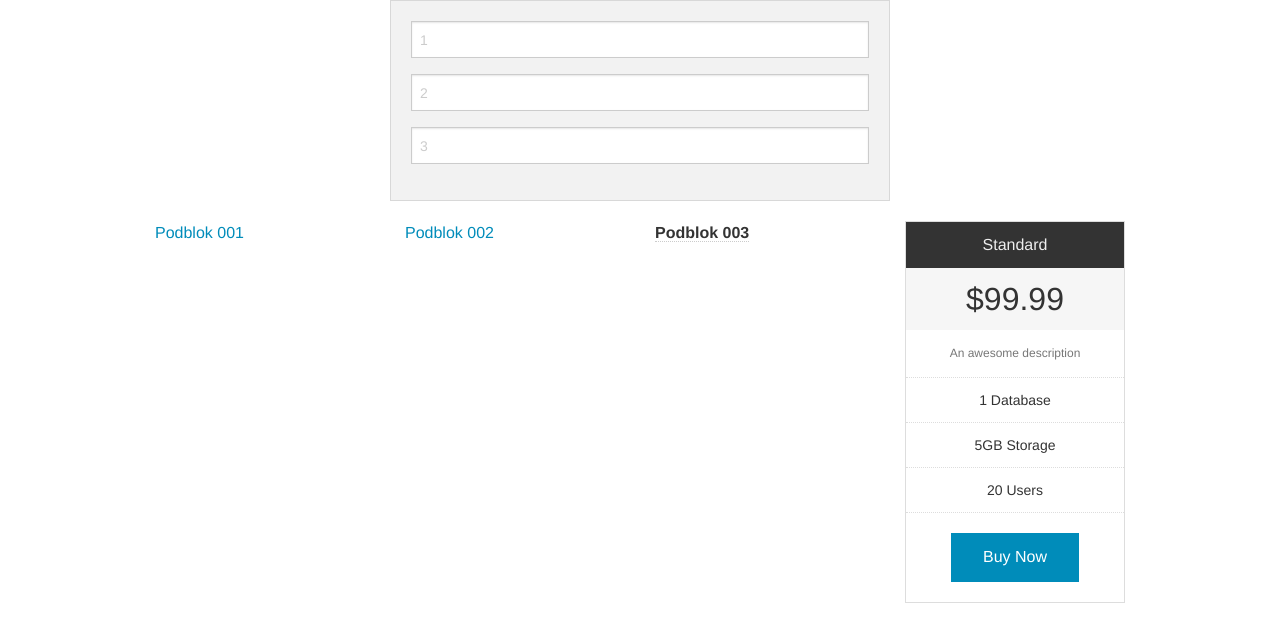
Repository: binczyk/RepoComarch
Page: strona/WebContent/foundation-5.5.2/exercise2.html
The author's editor kept a copy of each file at every save. The page is drawn from the files as they stood at one save, then again after the next save.
The browser window is 1280 px wide. The pictures show the whole page.

Above is the page before, as saved 2015-07-14 07:59:47.

### strona/WebContent/foundation-5.5.2/exercise2.html
<!DOCTYPE html>
<html>
<head>
<meta charset="utf-8">
<meta http-equiv="X-UA-Compatible" content="IE=edge">
<link rel="stylesheet" href="css/foundation.css" />
<script src="js/vendor/modernizr.js"></script>
<title>Exercise 2 - Comarch</title>
</head>
<body>
	<div class="row">
		<div class="small-12 columns">
			<div class="row">
				<div class="small-6 columns small-centered panel">
					<form action="" method="post">
						<input type="text" placeholder="1"> <input type="text"
							placeholder="2"> <input type="text" placeholder="3">
					</form>
				</div>
			</div>
		</div>
		<div class="small-6 columns">
			<div class="row">
				<div class="small-6 columns" data-reveal-id="myModal">
					<a href="#">Podblok 001</a>
				</div>
				<div class="small-6 columns">
					<a href="#">Podblok 002</a>
				</div>
			</div>
		</div>
		<div class="small-6 columns">
			<div class="row">
				<div class="small-6 columns">
					<a href="#"><span data-tooltip aria-haspopup="true"
						class="has-tip"
						title="Tooltips are awesome, you should totally use them!">Podblok
							003</span></a>
				</div>
				<div class="small-6 columns">
					<ul class="pricing-table">
						<li class="title">Standard</li>
						<li class="price">$99.99</li>
						<li class="description">An awesome description</li>
						<li class="bullet-item">1 Database</li>
						<li class="bullet-item">5GB Storage</li>
						<li class="bullet-item">20 Users</li>
						<li class="cta-button"><a class="button" href="#">Buy Now</a></li>
					</ul>
				</div>
			</div>
		</div>
	</div>

	<div id="myModal" class="reveal-modal" data-reveal
		aria-labelledby="modalTitle" aria-hidden="true" role="dialog">
		<h2 id="modalTitle">Awesome. I have it.</h2>
		<p class="lead">Your couch. It is mine.</p>
		<p>I'm a cool paragraph that lives inside of an even cooler modal.
			Wins!</p>
		<a class="close-reveal-modal" aria-label="Close">&#215;</a>
	</div>



	<script src="js/vendor/jquery.js"></script>
	<script src="js/foundation.min.js"></script>
	<script>
		$(document).foundation();
	</script>
</body>
</html>

Loaded but not shown: strona/WebContent/foundation-5.5.2/css/foundation.css (library); strona/WebContent/foundation-5.5.2/js/vendor/modernizr.js (library); strona/WebContent/foundation-5.5.2/js/vendor/jquery.js (library); strona/WebContent/foundation-5.5.2/js/foundation.min.js (library)

After the next save:
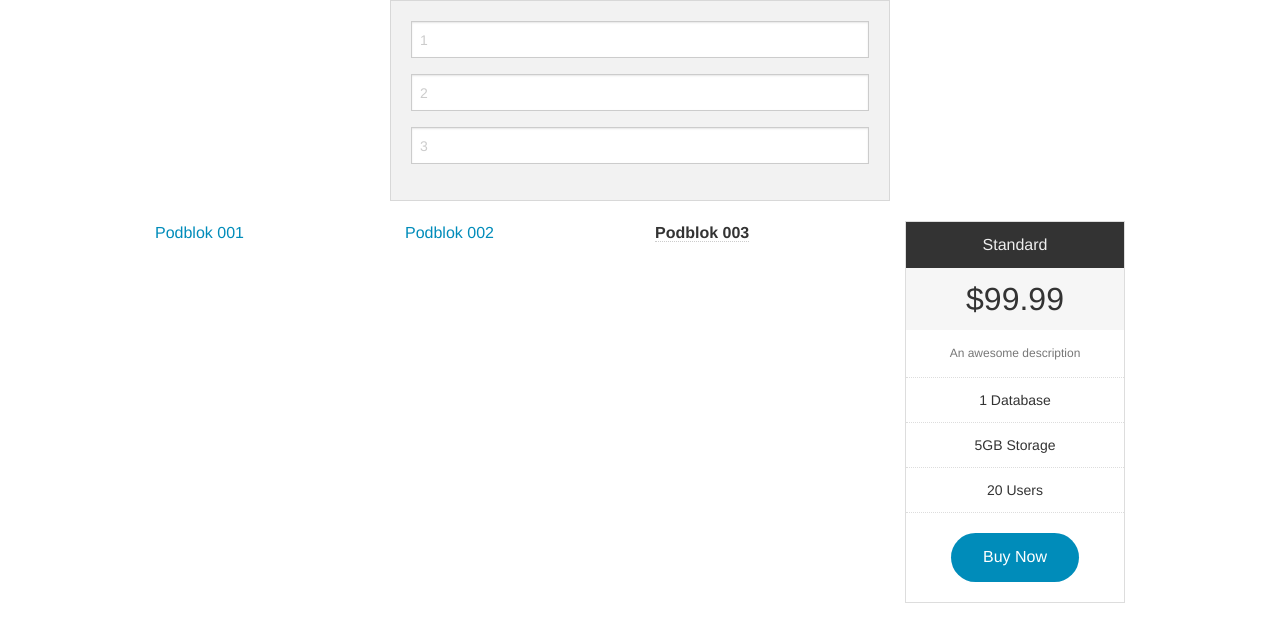
Saved 54 s later.
--- a/strona/WebContent/foundation-5.5.2/exercise2.html
+++ b/strona/WebContent/foundation-5.5.2/exercise2.html
@@ -45,7 +45,7 @@
 						<li class="bullet-item">1 Database</li>
 						<li class="bullet-item">5GB Storage</li>
 						<li class="bullet-item">20 Users</li>
-						<li class="cta-button"><a class="button" href="#">Buy Now</a></li>
+						<li class="cta-button"><a class="button round" href="#">Buy Now</a></li>
 					</ul>
 				</div>
 			</div>
